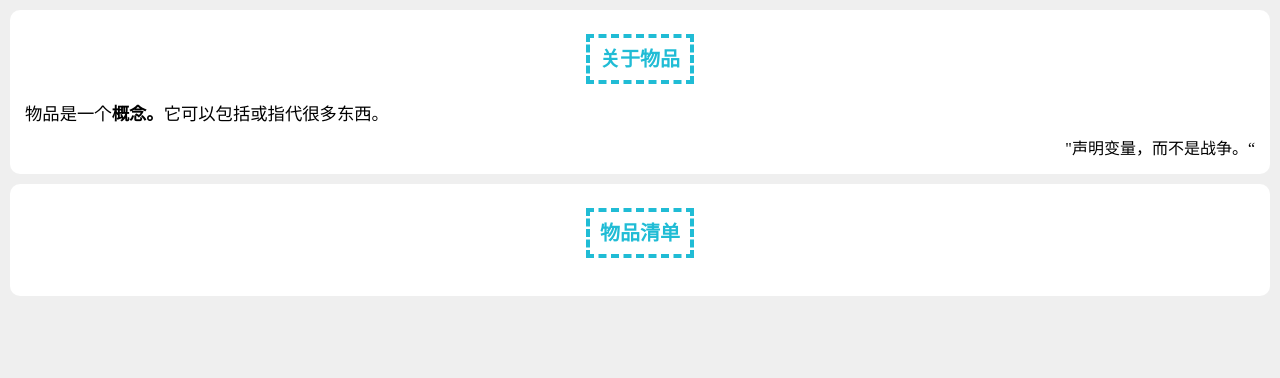
Repository: Yeyuehuke/Webstudy-Feidian
Page: 01-HTMLlearning/02-HTMLBasics/10-BlogProkectMySkills.html
The author's editor kept a copy of each file at every save. The page is drawn from the files as they stood at one save, then again after a run of saves.
The browser window is 1280 px wide. The pictures show the whole page.

Above is the page before, as saved 2020-05-17 15:00:04.

### 01-HTMLlearning/02-HTMLBasics/10-BlogProkectMySkills.html
<!DOCTYPE html>
    <head>
        <title>我的网页</title>
        <link href="./css/10-BlogProkectMySkills.css" rel="stylesheet"
    </head>
    <body>
        <div class="section">
            <h1><span>关于物品</span></h1>
            <p>
                物品是一个<strong>概念。</strong>它可以包括或指代很多东西。
            </p>
            <p class="quote">"声明变量，而不是战争。“</p>
        </div>
        <div class="section">
            <h1><span>物品清单</span></h1>
            <ul>

            </ul>
        </div>
    </body>
</html>

### 01-HTMLlearning/02-HTMLBasics/css/10-BlogProkectMySkills.css
html {
    margin: 0;
    padding: 0;
}
body {
    font-family: 'Handlee', cursive;
    font-size: 13pt;
    background-color: #efefef;
    padding: 10px;
    margin: 0;
}
h1 {
    font-size: 15pt;
    color: #20bcd5;
    text-align: center;
    padding: 18px 0 18px 0;
    margin: 0 0 10px 0;
}
h1 span {
    border: 4px dashed #20bcd5;
    padding: 10px;
}
p {
    padding: 0;
    margin: 0;
}
.img-circle {
    border: 3px solid white;
    border-radius: 50%;
}
.section {
    background-color: #fff;
    padding: 15px;
    margin-bottom: 10px;
    border-radius: 10px;
}
#header {
    background-image: url("https://www.sololearn.com/Uploads/header.jpg");
    background-size: cover;
}
#header img {
    display: block;
    width: 80px;
    height: 80px;
    margin: auto;
}
#header p {
    font-size: 25pt;
    color: #3b464c;
    padding-top: 5px;
    margin: 0;
    font-weight: bold;
    text-align: center;
}
.quote {
    font-size: 12pt;
    text-align: right;
    margin-top: 10px;
}
table {
    width: 100%;
}
table, th, td {
    border: 2px solid #cecece;
    border-collapse: collapse;
    text-align: center;
    table-layout: fixed;
}
.selected {
    background-color: #f36f48;
    font-weight: bold;
    color: white;
}
li {
    margin-bottom: 15px;
    font-weight: bold;
}
progress {
    width: 70%;
    height: 20px;
    color: #3fb6b2;
    background: #efefef;
}
progress::-webkit-progress-bar {
    background: #efefef;
}
progress::-webkit-progress-value {
    background: #3fb6b2;
}
progress::-moz-progress-bar {
    color: #3fb6b2;
    background: #efefef;
}
iframe, audio {
    display: block;
    margin: 0 auto;
    border: 3px solid #3fb6b2;
}
hr {
    border: 0;
    height: 1px;
    background: #f36f48;
}
form {
    text-align: center;
    margin-top: 0;
}
.submit {
    background-color: #3fb6b2;
    padding: 12px 45px;
    border-radius: 5px;
    cursor: pointer;
    color: #ffffff;
    border: none;
    outline: none;
    margin: 0;
    font-weight: bold;
}
.submit:hover {
    background-color: #43a09d;
}
textarea {
    height: 100px;
}
input, textarea {
    margin-bottom: 10px;
    font-size: 11pt;
    padding: 15px 10px 10px;
    border: 1px solid #cecece;
    background-color: #efefef;
    color: #787575;
    border-radius: 5px;
    width: 70%;
    outline: none;
}
.face {
    transform: scale(0.4);
    margin: 0 auto;
    display: block;
    margin-top: -35px;
    margin-bottom: -25px;
}
#contacts img {
    height: 50px;
    width: 50px;
    margin-left: 7px;
    margin-right: 7px;
}
#contacts a {
    text-decoration: none;
}
#contacts img:hover {
    opacity: 0.8;
}
#contacts {
    text-align: center;
}
.copyright {
    font-size: 8pt;
    text-align: right;
    padding-bottom: 10px;
    color: grey;
}

After the next 2 saves:
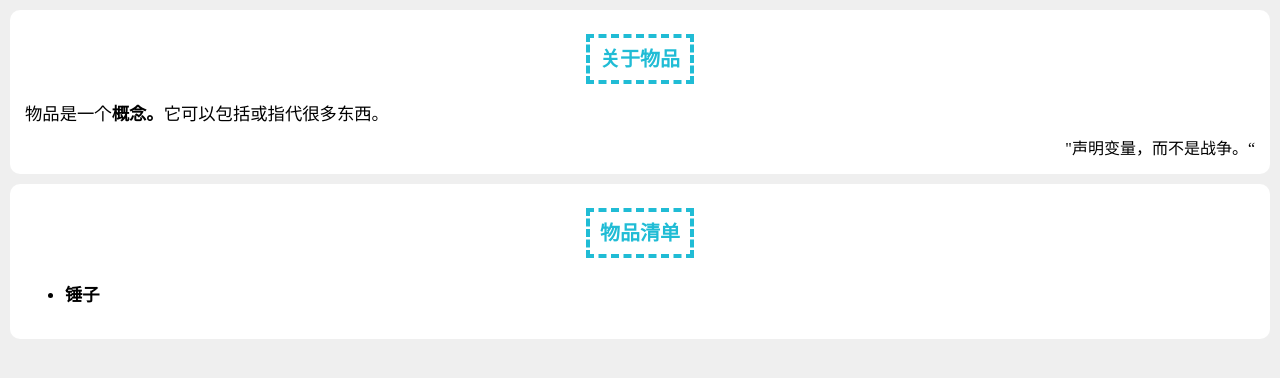
The 2 saves are shown as one change because they came seconds apart.
The last was saved 13 s later.
--- a/01-HTMLlearning/02-HTMLBasics/10-BlogProkectMySkills.html
+++ b/01-HTMLlearning/02-HTMLBasics/10-BlogProkectMySkills.html
@@ -14,7 +14,7 @@
         <div class="section">
             <h1><span>物品清单</span></h1>
             <ul>
-
+                <li>锤子</li>
             </ul>
         </div>
     </body>
